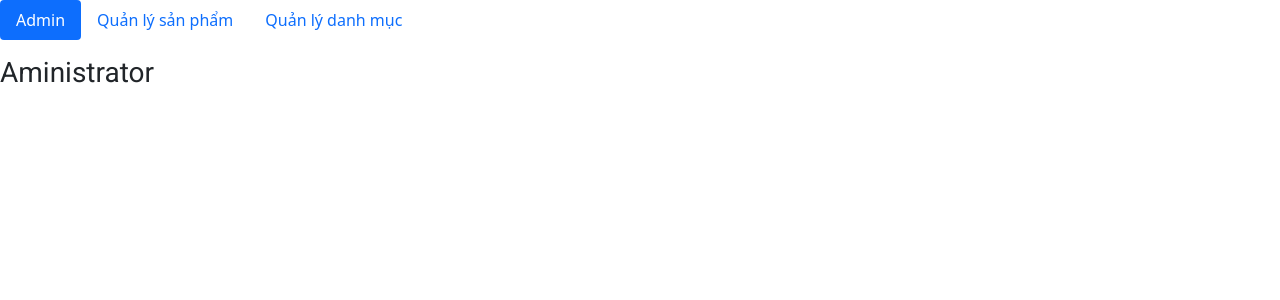
Repository: ThanhNghiadn03/Website-1-JSP-Servlet
Page: http://localhost/new-web-ban-sach/admin-home
An editor plug-in stored every save of this project. The page is shown before and after the next save, followed by the edit.
The browser window is 1280 px wide. The pictures show the whole page.
The page is served by Tomcat 9. Other server files are loaded and not shown.

Above is the page before, as saved 2023-04-26 08:06:27.

### Project/new-web-ban-sach/src/main/webapp/views/admin/admin.jsp
<%@ page language="java" contentType="text/html; charset=UTF-8"
	pageEncoding="UTF-8"%>
<!DOCTYPE html>
<html>
<head>
<meta charset="UTF-8">
<title>Admin</title>
<link rel="stylesheet"
	href="http://localhost:8080/new-web-ban-sach/views/admin/css-admin/css-admin.css">
<link
	href="https://cdn.jsdelivr.net/npm/bootstrap@5.0.2/dist/css/bootstrap.min.css"
	rel="stylesheet"
	integrity="sha384-EVSTQN3/azprG1Anm3QDgpJLIm9Nao0Yz1ztcQTwFspd3yD65VohhpuuCOmLASjC"
	crossorigin="anonymous">
</head>
<body>
	<div class="header">
		<ul class="nav nav-pills mb-3" id="pills-tab" role="tablist">
			<li class="nav-item" role="presentation">
				<button class="nav-link active" id="pills-home-tab"
					data-bs-toggle="pill" data-bs-target="#pills-home" type="button"
					role="tab" aria-controls="pills-home" aria-selected="true">Admin</button>
			</li>
			<li class="nav-item" role="presentation">
				<button class="nav-link" id="pills-profile-tab"
					data-bs-toggle="pill" data-bs-target="#pills-profile" type="button"
					role="tab" aria-controls="pills-profile" aria-selected="false">Quản lý sản phẩm</button>
			</li>
			<li class="nav-item" role="presentation">
				<button class="nav-link" id="pills-contact-tab"
					data-bs-toggle="pill" data-bs-target="#pills-contact" type="button"
					role="tab" aria-controls="pills-contact" aria-selected="false">Quản lý danh mục</button>
			</li>
		</ul>
		<!-- <div class="tab-content" id="pills-tabContent">
			<div class="tab-pane fade show active" id="pills-home"
				role="tabpanel" aria-labelledby="pills-home-tab">...</div>
			<div class="tab-pane fade" id="pills-profile" role="tabpanel"
				aria-labelledby="pills-profile-tab">...</div>
			<div class="tab-pane fade" id="pills-contact" role="tabpanel"
				aria-labelledby="pills-contact-tab">...</div>
		</div> -->
	</div>
	<div class="left-right">
		<div class="left-side">
			<h3>Aministrator</h3>
		</div>
		<div class="right-side"></div>
	</div>
	<script
		src="https://cdn.jsdelivr.net/npm/bootstrap@5.0.2/dist/js/bootstrap.bundle.min.js"
		integrity="sha384-MrcW6ZMFYlzcLA8Nl+NtUVF0sA7MsXsP1UyJoMp4YLEuNSfAP+JcXn/tWtIaxVXM"
		crossorigin="anonymous"></script>
</body>
</html>

### Project/new-web-ban-sach/src/main/java/controller/AdminController.java
package controller;

import java.io.IOException;

import javax.servlet.RequestDispatcher;
import javax.servlet.ServletException;
import javax.servlet.annotation.WebServlet;
import javax.servlet.http.HttpServlet;
import javax.servlet.http.HttpServletRequest;
import javax.servlet.http.HttpServletResponse;

@WebServlet (urlPatterns = {"/admin-home"})
public class AdminController extends HttpServlet  {

	/**
	 *
	 */
	private static final long serialVersionUID = 1L;

	protected void doGet(HttpServletRequest request, HttpServletResponse response) throws ServletException, IOException{
		request.getRequestDispatcher("./views/admin/admin.jsp").forward(request, response);
	}

	protected void doPost(HttpServletRequest request, HttpServletResponse response) throws ServletException, IOException {

	}
}

### Project/new-web-ban-sach/src/main/webapp/views/admin/css-admin/css-admin.css
@charset "ISO-8859-1";
@import url('https://fonts.googleapis.com/css2?family=Inter:wght@400;700&family=Montserrat:wght@400;700&family=Roboto:wght@400;700&display=swap');


.Search-box {
	width: 400px;
	height: 20px;
	margin: 20px
}

.top {
	display: grid;
    grid-template-columns: 1fr;

}
.left-right {
    display: grid;
    grid-template-columns: 300px 4fr;
    font-family: 'Roboto', sans-serif;
    font-size: 20px;
}

After the next save:
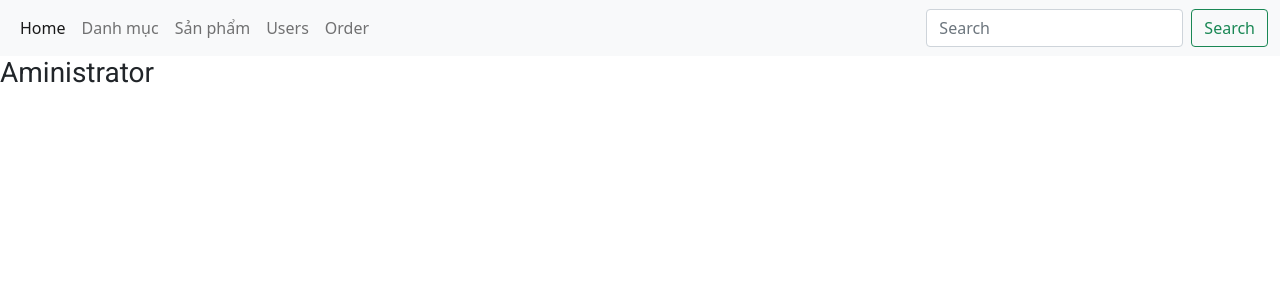
Saved 6 min 13 s later.
--- a/Project/new-web-ban-sach/src/main/webapp/views/admin/admin.jsp
+++ b/Project/new-web-ban-sach/src/main/webapp/views/admin/admin.jsp
@@ -15,7 +15,7 @@
 </head>
 <body>
 	<div class="header">
-		<ul class="nav nav-pills mb-3" id="pills-tab" role="tablist">
+		<!-- <ul class="nav nav-pills mb-3" id="pills-tab" role="tablist">
 			<li class="nav-item" role="presentation">
 				<button class="nav-link active" id="pills-home-tab"
 					data-bs-toggle="pill" data-bs-target="#pills-home" type="button"
@@ -31,7 +31,7 @@
 					data-bs-toggle="pill" data-bs-target="#pills-contact" type="button"
 					role="tab" aria-controls="pills-contact" aria-selected="false">Quản lý danh mục</button>
 			</li>
-		</ul>
+		</ul> -->
 		<!-- <div class="tab-content" id="pills-tabContent">
 			<div class="tab-pane fade show active" id="pills-home"
 				role="tabpanel" aria-labelledby="pills-home-tab">...</div>
@@ -40,6 +40,38 @@
 			<div class="tab-pane fade" id="pills-contact" role="tabpanel"
 				aria-labelledby="pills-contact-tab">...</div>
 		</div> -->
+		<nav class="navbar navbar-expand-lg navbar-light bg-light">
+			<div class="container-fluid">
+<!-- 				<a class="navbar-brand" href="#"> <img src="logo_casestudy.png"
+					width="50px" height="50px">
+				</a> -->
+				<button class="navbar-toggler" type="button"
+					data-bs-toggle="collapse" data-bs-target="#navbarSupportedContent"
+					aria-controls="navbarSupportedContent" aria-expanded="false"
+					aria-label="Toggle navigation">
+					<span class="navbar-toggler-icon"></span>
+				</button>
+				<div class="collapse navbar-collapse" id="navbarSupportedContent">
+					<ul class="navbar-nav me-auto mb-2 mb-lg-0">
+						<li class="nav-item"><a class="nav-link active"
+							aria-current="page" href="#">Home</a></li>
+						<li class="nav-item"><a class="nav-link" href="#">Danh mục</a>
+						</li>
+						<li class="nav-item"><a class="nav-link" href="#">Sản phẩm</a>
+						</li>
+						<li class="nav-item"><a class="nav-link" href="#">Users</a>
+						</li>
+						<li class="nav-item"><a class="nav-link" href="#">Order</a>
+						</li>
+					</ul>
+					<form class="d-flex">
+						<input class="form-control me-2" type="search"
+							placeholder="Search" aria-label="Search">
+						<button class="btn btn-outline-success" type="submit">Search</button>
+					</form>
+				</div>
+			</div>
+		</nav>
 	</div>
 	<div class="left-right">
 		<div class="left-side">
